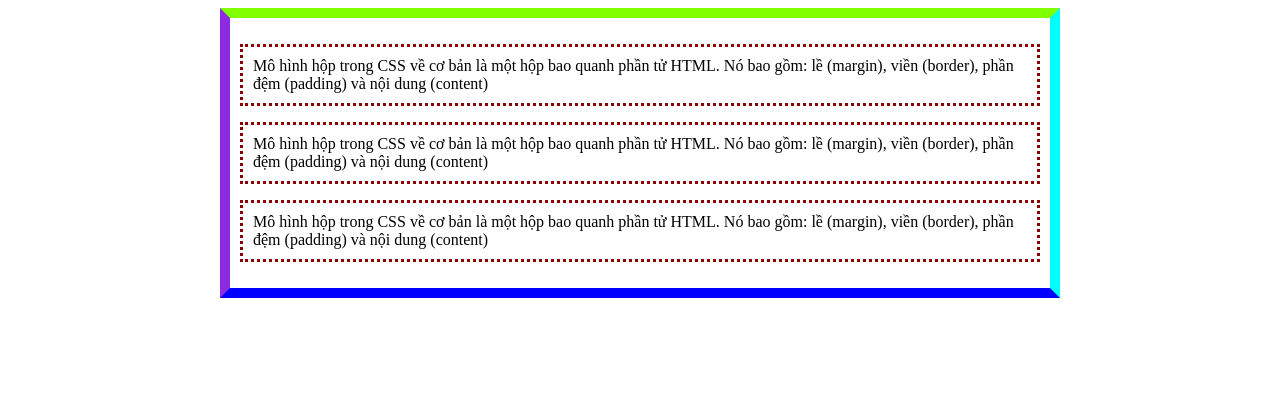
Repository: nguyenhung50497/MD2_cssLayout
Page: TH_suDungBoxModel/index.html
The author's editor kept a copy of each file at every save. The page is drawn from the files as they stood at one save, then again after the next save.
The browser window is 1280 px wide. The pictures show the whole page.

Above is the page before, as saved 2022-11-29 09:54:00.

After the next save:
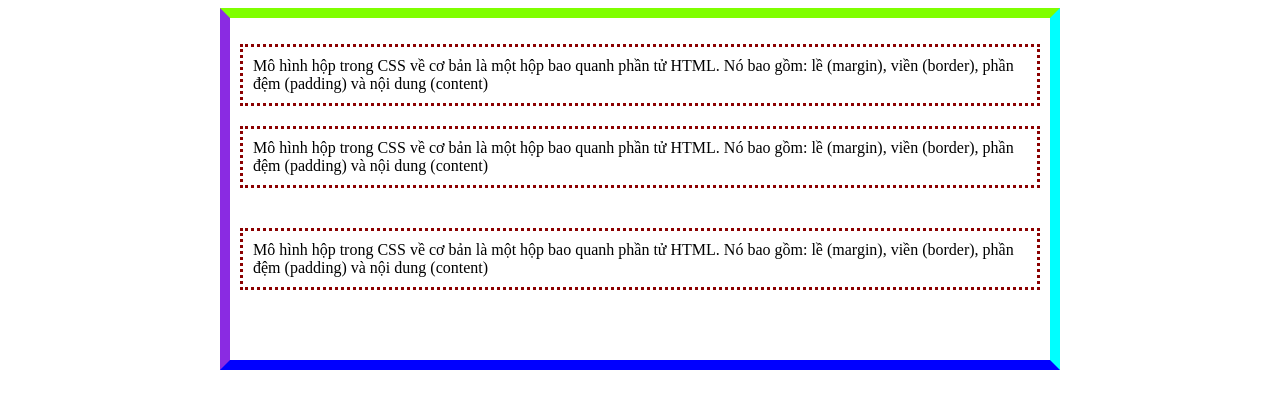
Saved 14 s later.
--- a/TH_suDungBoxModel/index.html
+++ b/TH_suDungBoxModel/index.html
@@ -16,6 +16,15 @@
             border: 3px dotted darkred;
             padding: 10px;
         }
+        #boxmodel1{
+    margin-bottom: 20px;
+}
+#boxmodel2{
+    margin-bottom: 40px;
+}
+#boxmodel3{
+    margin-bottom: 60px;
+}
     </style>
 </head>
 <body>
